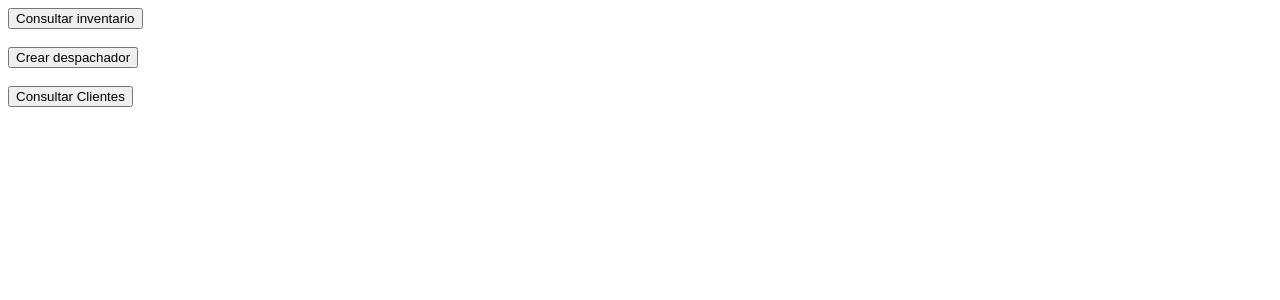
Repository: mauro2357/Producto2SW2MEERKATSOFT
Page: http://localhost/Meerkat_0.0/consultarinventariovista/funcionesadministrador.jsp
An editor plug-in stored every save of this project. The page is shown before and after the next save, followed by the edit.
The browser window is 1280 px wide. The pictures show the whole page.
Some web libraries are served in a nearby version. The page is served by Tomcat 9. Nobody is signed in. The application's start-up code is not run.

Above is the page before, as saved 2015-09-11 17:55:01.
Console error: SyntaxError: Unexpected end of input

After the next save:
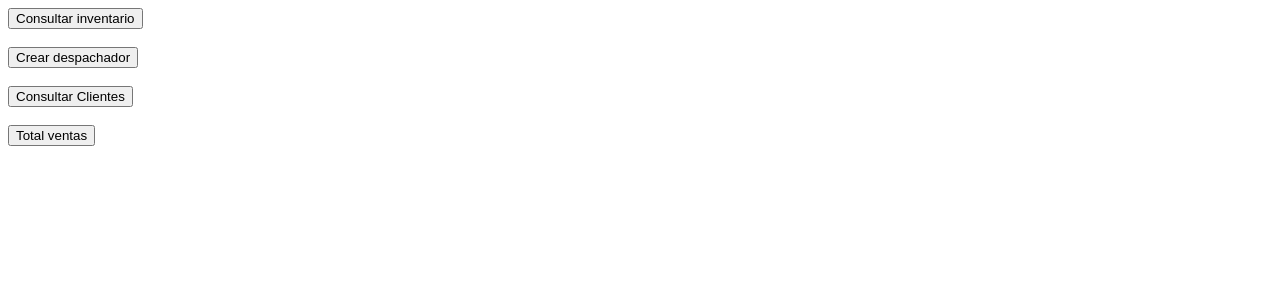
Saved 27 min 27 s later.
--- a/Meerkat_0.0/WebContent/consultarinventariovista/funcionesadministrador.jsp
+++ b/Meerkat_0.0/WebContent/consultarinventariovista/funcionesadministrador.jsp
@@ -39,6 +39,15 @@
 			});
 	}
 
+	function consultar_totalVentas(){
+		var Entrar = "consultar_totalVentas";
+		$.post("/Meerkat_0.0/administrador", {
+			entrar : Entrar,
+			}, function(responseText) {
+				$('#cuerpo').html(responseText);
+			});
+	}
+
 </script>
 </head>
 
@@ -53,6 +62,9 @@
 	<button type="button" onclick="consultar_clientes()">Consultar Clientes</button>
 	<br></br>
 
+	<button type="button" onclick="consultar_totalVentas()">Total ventas</button>
+	<br></br>
+
 	<div id="cuerpo"></div>
 
 
